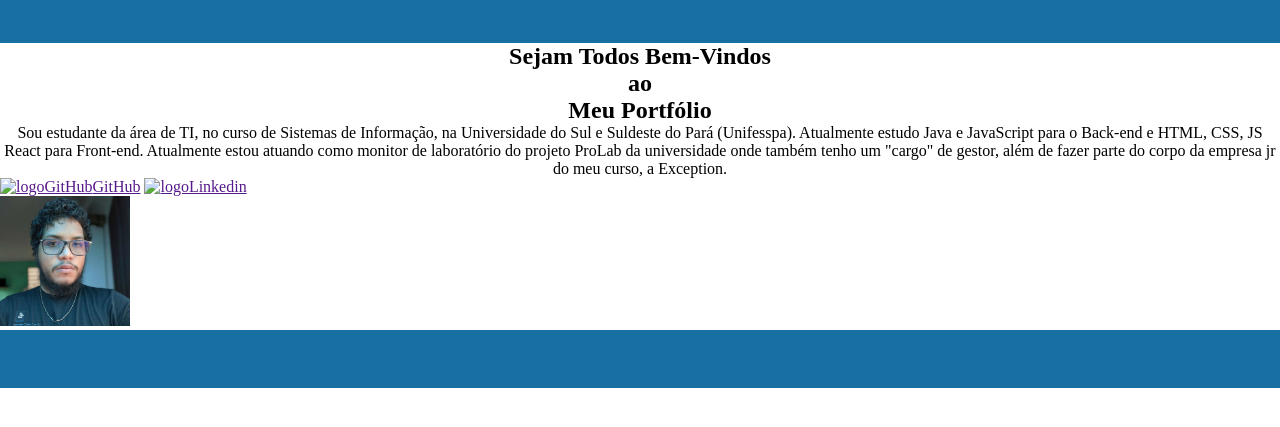
Repository: ramoncbarbosa/Web1_Atividade2
Page: index.html
The author's editor kept a copy of each file at every save. The page is drawn from the files as they stood at one save, then again after the next save.
The browser window is 1280 px wide. The pictures show the whole page.

Above is the page before, as saved 2023-06-10 15:26:07.

### index.html
<!DOCTYPE html>
<html lang="pt-br">
<head>
    <meta charset="UTF-8">
    <meta name="viewport" content="width=device-width, initial-scale=1.0">
    <link rel="stylesheet" href="./styles/styles.css">
    <title>Portfólio</title>
</head>
<body>
    <header class="cabecalho">
        <nav>
            <ul>

            </ul>
        </nav>
    </header>
    <section></section>
    <main class="principal">
        <section class="principal__principal">
            <h1 class="principal__titulo">Sejam Todos Bem-Vindos<br> ao<br> <strong>Meu Portfólio</strong></h1>
            <p class="principal__texto">
                Sou estudante da área de TI, no curso de Sistemas de Informação, na Universidade do Sul e Suldeste do Pará (Unifesspa). Atualmente estudo Java e JavaScript para o Back-end e HTML, CSS, JS React para Front-end.
                    Atualmente estou atuando como monitor de laboratório do projeto ProLab da universidade onde também tenho um "cargo" de gestor, além de fazer parte do corpo da empresa jr do meu curso, a Exception.
            </p>
            <div class="princiapl__links">
                <a target="_blank" class="princiapl__links__social" href=""><img src="" alt="logoGitHub">GitHub</a>

                <a target="_blank" class="princiapl__links__social" href=""><img src="" alt="logoLinkedin"></a>
            </div>
        </section>
            <img src="./img/perfil.jpg" alt="" width="130" height="130">
    </main>
    <footer class="rodape">
        <p class="rodape__rodape"></p>
    </footer>
</body>
</html>

### styles/styles.css
*{
    padding: 0;
    margin: 0;
    box-sizing: border-box;
}

:root{
    --cor-um: #176FA2;
    --cor-dois: #EEEEEE;
    --cor-tres: #000000;
}

.cabecalho{
    width: 100%;
    height: 6vh;
    display: flex;
    background-color: var(--cor-um);
}

.principal{
    justify-content: center;
}

.principal__titulo{
    text-align: center;
    justify-content: center;
}

.principal__texto{
    text-align: center;
    flex-wrap: wrap;
    justify-content: space-around;
}

.imagem{

}

.rodape{
    width: 100%;
    height: 8vh;
    display: flex;
    background-color: var(--cor-um);
}

After the next save:
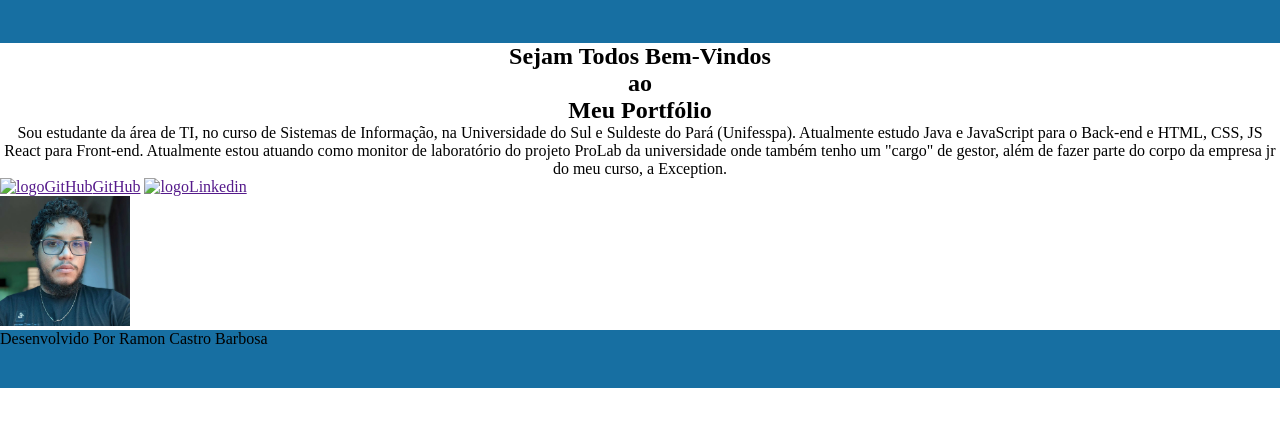
Saved 16 s later.
--- a/index.html
+++ b/index.html
@@ -31,7 +31,7 @@
             <img src="./img/perfil.jpg" alt="" width="130" height="130">
     </main>
     <footer class="rodape">
-        <p class="rodape__rodape"></p>
+        <p class="rodape__rodape">Desenvolvido Por Ramon Castro Barbosa</p>
     </footer>
 </body>
 </html>
